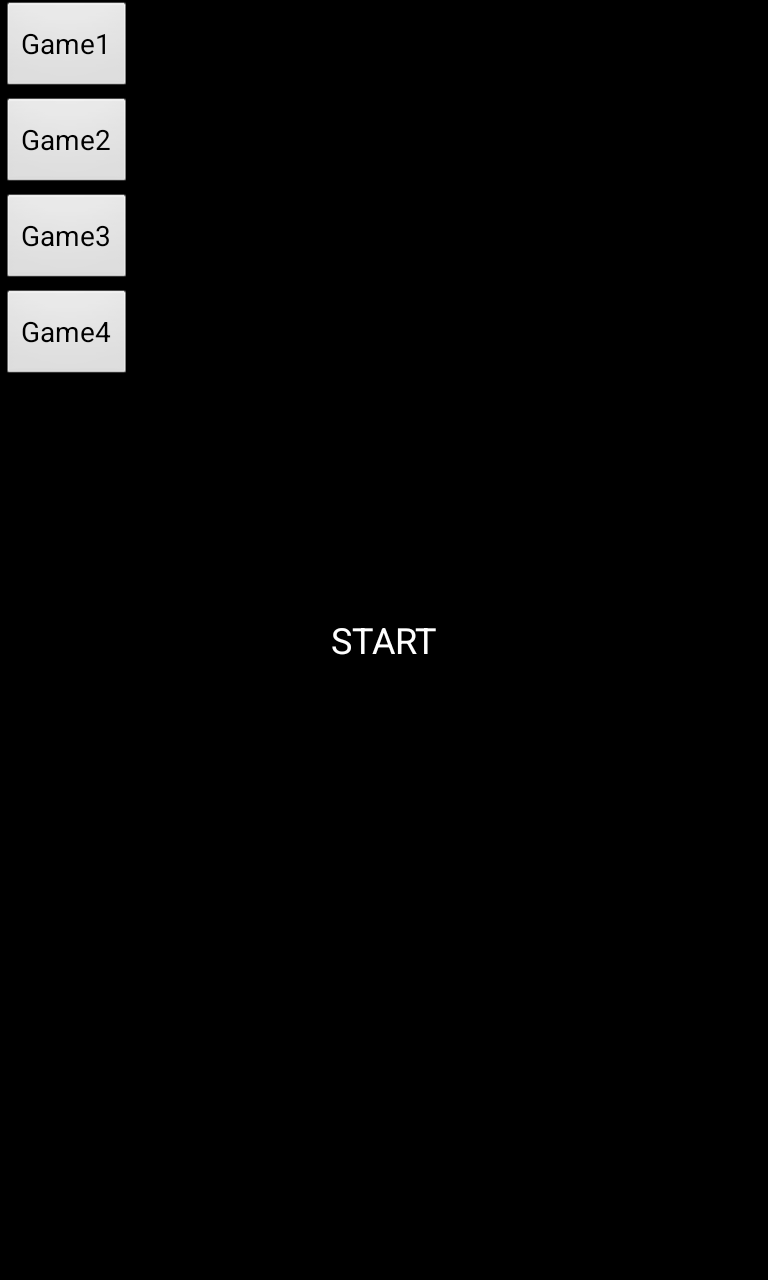
Repository: DimaPetrov/android
Layout: newapp/res/layout/activity_main.xml
These files come from the project's save history. The layout is drawn as it stood at one moment and after the next save; the edit follows.
It is drawn on a 768 x 1280 px phone screen (xhdpi) without system bars, with theme android:Theme.Black.NoTitleBar.Fullscreen; the app's code is not run.

Above is the layout before, as saved 2012-10-26 10:05:45.

After the next save:
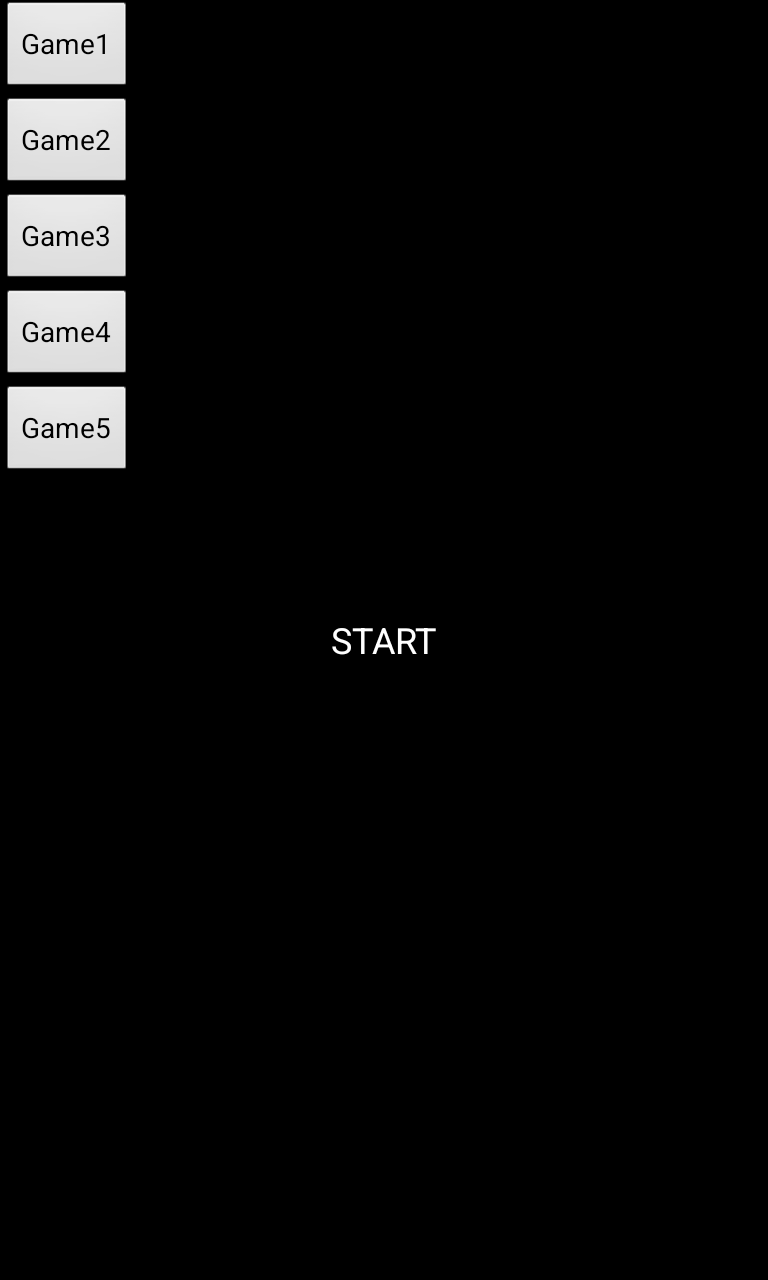
Saved 19 s later.
--- a/newapp/res/layout/activity_main.xml
+++ b/newapp/res/layout/activity_main.xml
@@ -45,4 +45,12 @@
         android:layout_below="@+id/button3"
         android:text="@string/g4" />
 
+    <Button
+        android:id="@+id/button5"
+        android:layout_width="wrap_content"
+        android:layout_height="wrap_content"
+        android:layout_alignParentLeft="true"
+        android:layout_below="@+id/button4"
+        android:text="@string/g5" />
+
 </RelativeLayout>
